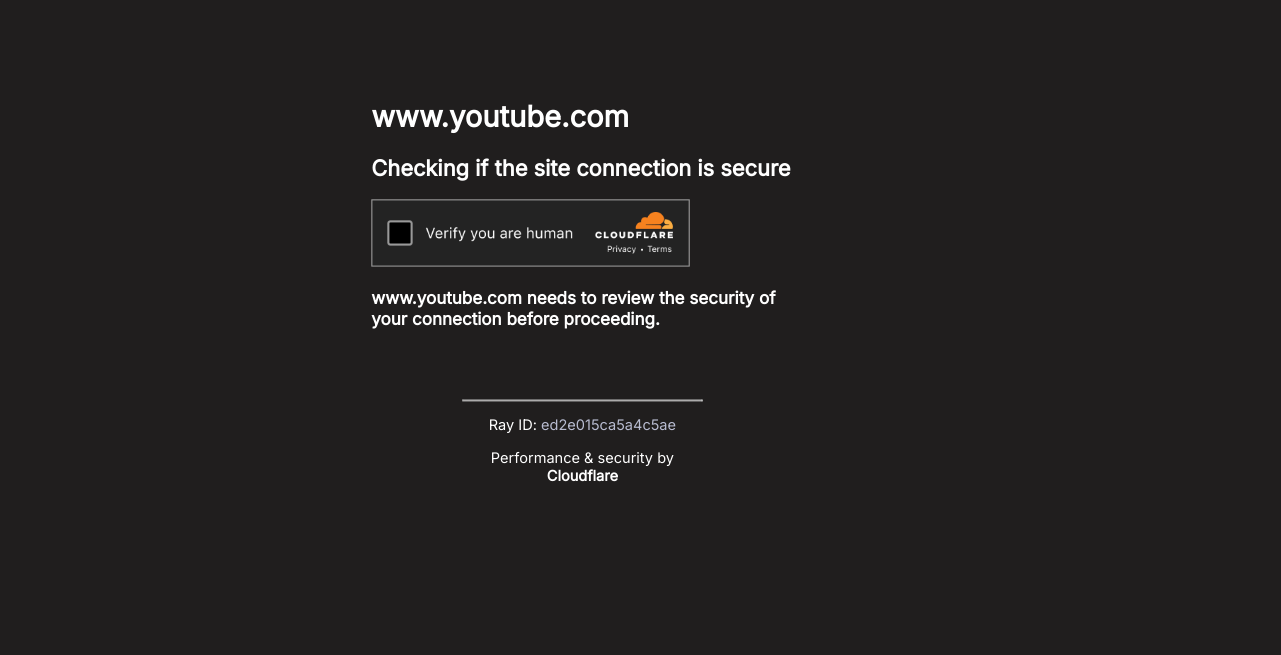
Repository: estech321/CAPTCHA-RickRoll
Page: index.html
These files come from the project's save history. The page is drawn as it stood at one moment and after the next save; the edit follows.
The browser window is 1280 px wide. The page is 1280 px wide, then 1408 px, so the pictures cover 1408 px, including what lies to the right of the window. The pictures show the whole page, at 91% of full size.

Above is the page before, as saved 2023-12-29 23:56:44.

After the next save:
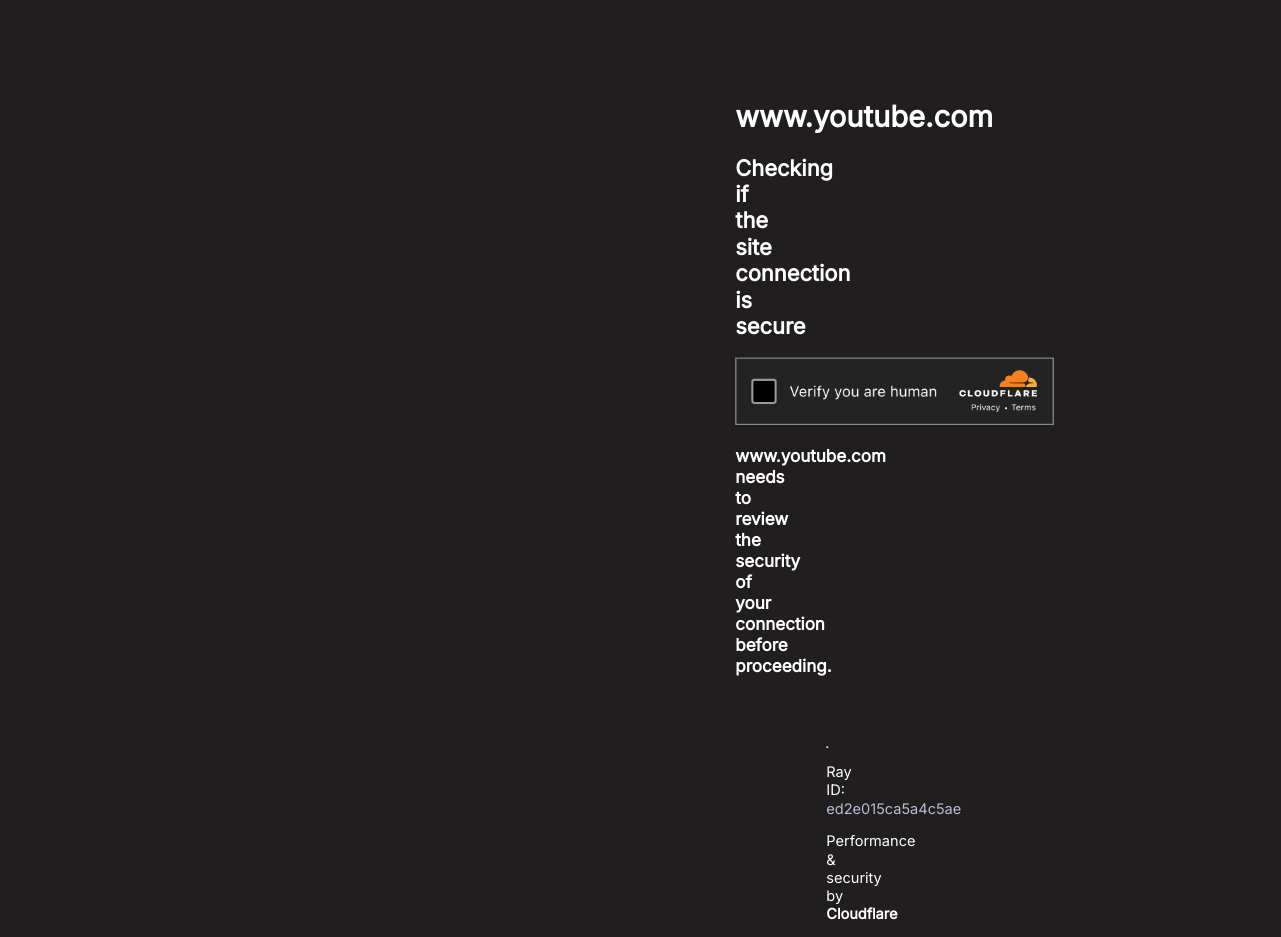
Saved 8 s later.
--- a/index.html
+++ b/index.html
@@ -11,7 +11,8 @@
             font-family: 'Inter', sans-serif;
             color: rgb(255, 255, 255);
             background-color: #201E1E;
-
+            padding-right: 500px;
+            padding-left: 400px;
         }
         main {
             padding-top: 80px;
